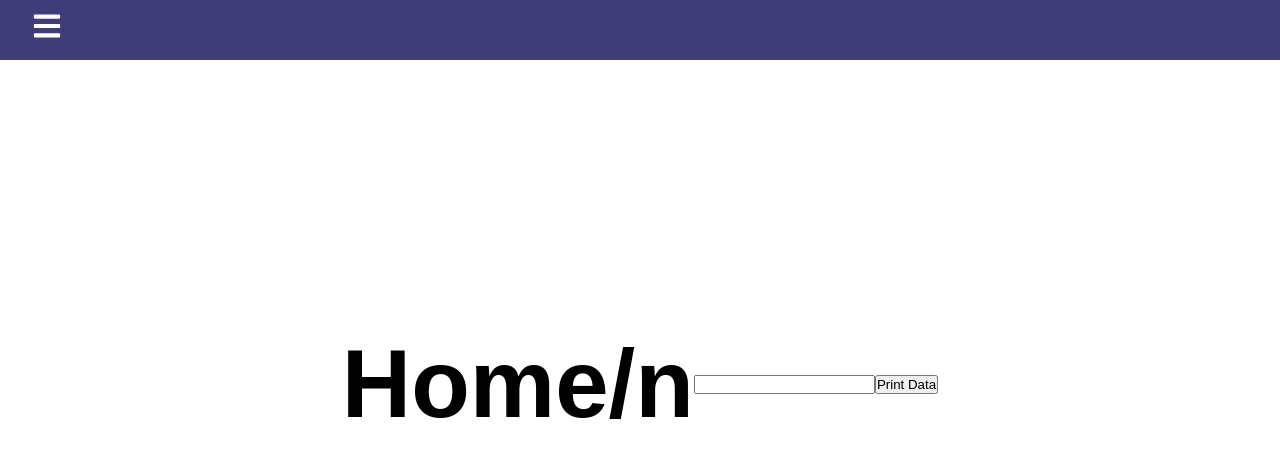
Repository: dcutalo/GasPal
Page: / (app in client/)
These files come from the project's save history. The page is drawn as it stood at one moment and after the next save; the edit follows.
The browser window is 1280 px wide. The pictures show the whole page.
Some web fonts or font styles are not loaded; a fallback is used. The project was rebuilt for these pictures with package versions that can differ from the ones it lists, and the page was loaded fresh each time. Also part of the build but not shown: client/src/pages/triphistory.js, client/src/pages/gasefficiencyreports.js, client/src/pages/userprofile.js.

Above is the page before, as saved 2021-10-05 21:32:09.

### client/src/App.js
import React from 'react';
import './App.css';
import Sidebar from './components/Sidebar';
import { BrowserRouter as Router, Switch, Route} from 'react-router-dom';
import Home from './pages/home';
import TripHistory from './pages/triphistory';
import Reports from './pages/gasefficiencyreports';
import UserProfile from './pages/userprofile';


function App() {
  return (
    <>
    <Router>
      <Sidebar />
      <Switch>
        <Route path = '/' exact component={Home}/>
        <Route path = '/triphistory' component={TripHistory}/>
        <Route path = '/gasefficiencyreports' component={Reports}/>
        <Route path = '/userprofile' component={UserProfile}/>
      </Switch>
    </Router>

    </>
  );
}

export default App;

### client/src/App.css
@import url(https://fonts.googleapis.com/css2?family=Gluten&display=swap);

* {
  box-sizing: border-box;
  margin: 0;
  padding: 0;
  font-family: 'Latp', sans-serif;
}

.home, .gasefficiencyreports, .triphistory, .userprofile {
  display: flex;
  height: 90vh;
  align-items: center;
  justify-content: center;
  font-size: 3rem;
}

### client/src/components/Sidebar.js
import React, {useState} from 'react'
import * as FaIcons from "react-icons/fa";
import * as AiIcons from "react-icons/ai";
import { Link } from 'react-router-dom';
import { SidebarData } from './Sidebardata';
import './Sidebar.css';
import { IconContext } from 'react-icons'

function Sidebar() {
    const [sidebar, setSidebar] = useState(false)

    const showSidebar = () => setSidebar(!sidebar)

    return (
        <>
        <IconContext.Provider value={{size: '30px', className:"icons"}}>
            <div className ="sidebar">
                <Link to="#" className='menu-bars'>
                    <FaIcons.FaBars onClick={showSidebar} />
                </Link>
            </div>

            <nav className={sidebar ? 'side-menu active' : 'side-menu'}>
                <ul className='side-menu-items'>
                    <li className="sidebar-toggle">
                        <Link to="#" className='menu-bars' onClick={showSidebar}>
                            <AiIcons.AiOutlineClose />
                        </Link>
                    </li>

                    {SidebarData.map((item,index) => {
                        return (

                            <li key={index} className={item.cName}>
                                <Link to={item.path}>
                                    {item.icon}
                                    <span>{item.title}</span>
                                </Link>
                            </li>

                        );
                    })}

                </ul>
            </nav>

        </IconContext.Provider>
        </>
    )
}

export default Sidebar

### client/src/pages/home.js
import React from 'react'
import {useState}from 'react'

function Home() {
    const [data,setData]=useState(null)
    const [print,setPrint]=useState(false)

    function getData(val)
    {
        console.warn(val.target.value)
        setData(val.target.value)
        setPrint(false)
    }

    return (
        <div className='home'>
            <h1>Home/n</h1>

            {
                print?
                <h1> {data}</h1>
                :null
            }
            <input type="text" onChange={getData} />
            <button onClick={()=>setPrint(true)} >Print Data</button>
        </div>
    )
}

export default Home

### client/src/components/Sidebardata.js
import React from 'react'
import * as AiIcons from "react-icons/ai";
import * as CgIcons from "react-icons/cg";
import * as HiIcons from "react-icons/hi";

export const SidebarData = [
    {
        title: 'Home',
        path: '/',
        icon: <AiIcons.AiFillHome />,
        cName: 'side-text'
    },
    {
        title: 'Gas Efficiency Reports',
        path: '/gasefficiencyreports',
        icon: <HiIcons.HiDocumentReport />,
        cName: 'side-text'
    },
    {
        title: 'Trip History',
        path: '/triphistory',
        icon: <AiIcons.AiOutlineHistory />,
        cName: 'side-text'
    },
    {
        title: 'User Profile',
        path: '/userprofile',
        icon: <CgIcons.CgProfile />,
        cName: 'side-text'
    }
]

### client/src/components/Sidebar.css
.sidebar {
    background-color: #3f3d77;
    height: 60px;
    display: flex;
    justify-content: start;
    align-items: center;
}

.menu-bars {
    margin-left: 2rem;
    font-size: 2rem;
    background: none;
    color:rgb(255, 255, 255)
}

.side-menu {
    background-color: #3f3d77;
    width: 300px;
    height: 120vh;
    display: flex;
    justify-content: center;
    position: fixed;
    top: 0;
    left: -100%;
    transition: 850ms;
}

.side-menu.active {
    left: 0;
    transition: 350ms;
}

.side-text {
    display: flex;
    justify-content: center;
    align-items: center;
    padding: 8px 0px 8px 16px;
    list-style: none;
    height: 60px;
}

.side-text a {
    text-decoration: none;
    color: rgb(255, 255, 255);
    font-size: 18px;
    width: 95%;
    height: 100%;
    display: flex;
    align-items: center;
    border-radius: 4px;
}

.side-text a:hover {
    background-color: #d0a3eb;
    color: black;
}

.side-menu-items {
    width: 100%;
}

.sidebar-toggle {
    background-color: #24234b;
    width: 100%;
    height: 60px;
    display: flex;
    justify-content: start;
    align-items: center;
}

span{
    margin-left: 16px;
}

Loaded but not shown: client/public/index.html (common file); client/src/index.js (common file)

After the next save:
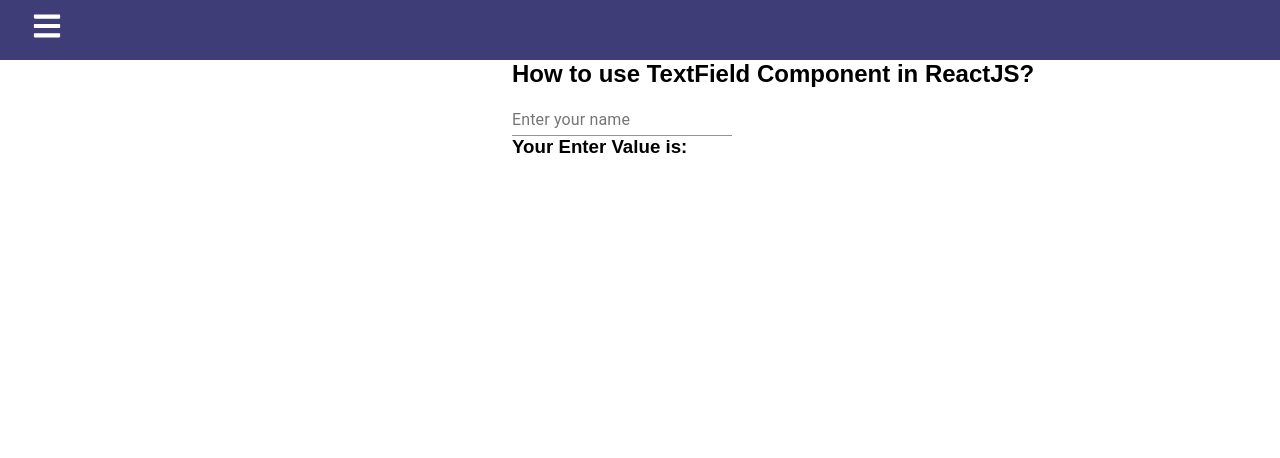
Saved 47 s later.
--- a/client/src/pages/home.js
+++ b/client/src/pages/home.js
@@ -1,30 +1,27 @@
-import React from 'react'
-import {useState}from 'react'
 
-function Home() {
-    const [data,setData]=useState(null)
-    const [print,setPrint]=useState(false)
+import React, { useState } from "react";
+import TextField from "@material-ui/core/TextField";
 
-    function getData(val)
-    {
-        console.warn(val.target.value)
-        setData(val.target.value)
-        setPrint(false)
-    }
+const Home = () => {
+  const [name, setName] = useState("");
 
-    return (
-        <div className='home'>
-            <h1>Home/n</h1>
+  return (
+    <div
+      style={{
+        marginLeft: "40%",
+      }}
+    >
+      <h2>How to use TextField Component in ReactJS?</h2>
+      <TextField
+        value={name}
+        label="Enter your name"
+        onChange={(e) => {
+          setName(e.target.value);
+        }}
+      />
+      <h3>Your Enter Value is: {name} </h3>
+    </div>
+  );
+};
 
-            {
-                print?
-                <h1> {data}</h1>
-                :null
-            }
-            <input type="text" onChange={getData} />
-            <button onClick={()=>setPrint(true)} >Print Data</button>
-        </div>
-    )
-}
-
-export default Home
+export default Home;
